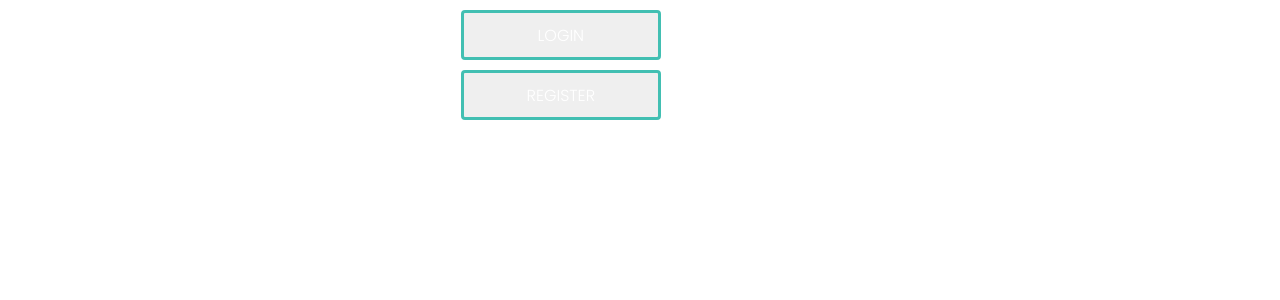
Repository: vu9ar/vu9ar.github.io
Page: WelcomePage/welcome.html
An editor plug-in stored every save of this project. The page is shown before and after the next save, followed by the edit.
The browser window is 1280 px wide. The pictures show the whole page.

Above is the page before, as saved 2022-03-27 19:18:29.

After the next save:
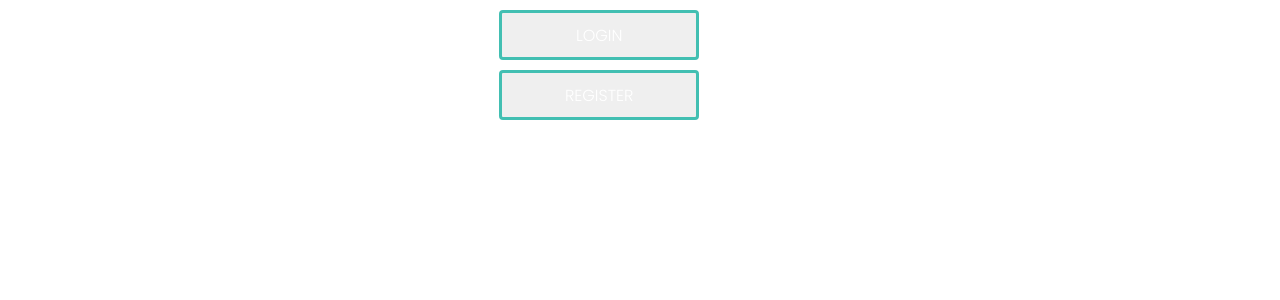
Saved 7 s later.
--- a/WelcomePage/style.css
+++ b/WelcomePage/style.css
@@ -50,7 +50,7 @@
 .button {
     width: 200px;
     height: 50px;
-    left: 36%;
+    left: 39%;
     margin-top: 10px;
     bottom: 50%;
     border: none;
